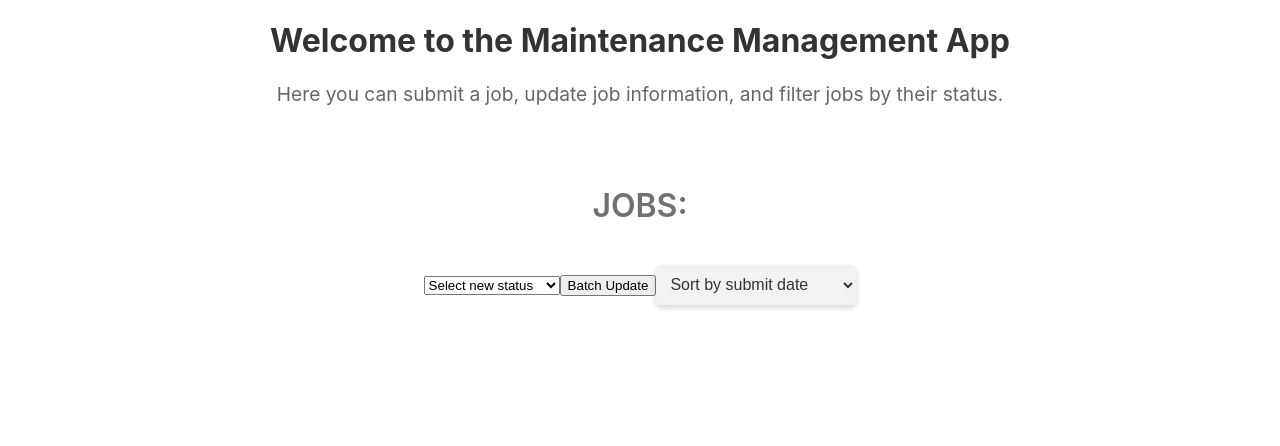
Repository: mikasteyn999/Maintenance-Manager-App
Page: /jobs (app in frontend/)
These files come from the project's save history. The page is drawn as it stood at one moment and after the next save; the edit follows.
The browser window is 1280 px wide. The pictures show the whole page.
The page's requests for data from a server got no answer. The project was rebuilt for these pictures with package versions that can differ from the ones it lists, and the page was loaded fresh each time. No one was signed in, and anything a server would have sent is missing. Also part of the build but not shown: frontend/src/style/JobForm.css, frontend/src/components/JobForm.js, frontend/src/style/Job.css, frontend/src/components/Job.js, frontend/src/components/Home.js, frontend/src/style/JobUpdateForm.css, frontend/src/components/JobUpdateForm.js.

Above is the page before, as saved 2023-06-01 12:34:29.

After the next save:
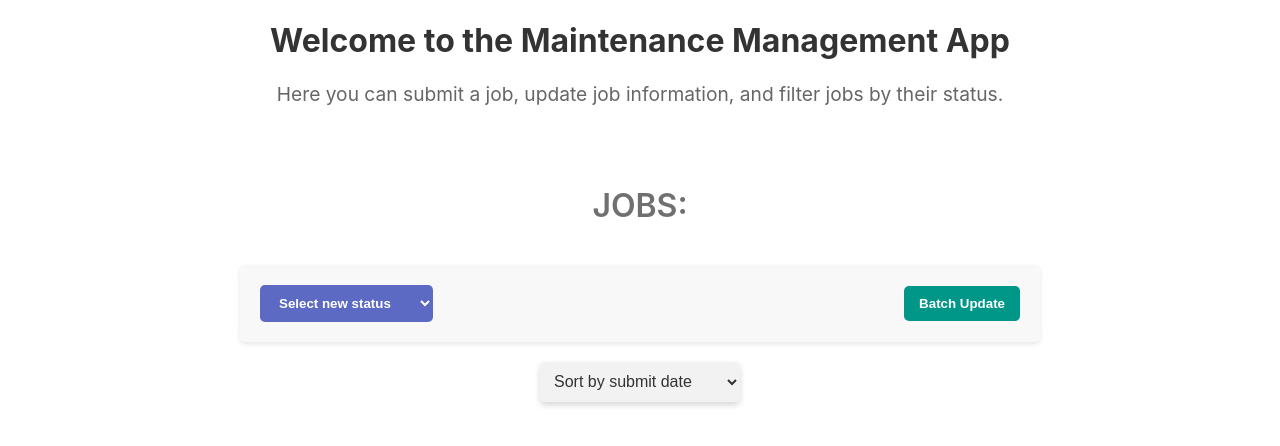
Saved 96 s later.
--- a/frontend/src/components/JobsList.js
+++ b/frontend/src/components/JobsList.js
@@ -61,14 +61,15 @@ const JobsList = () => {
       <div className='jobs-list'>
         <div className='jobs-header'>JOBS:</div>
         {/* Batch update */}
-        <select id="batchStatusUpdate" name="batchStatusUpdate">
-          <option value="">Select new status</option>
-          <option value="status1">Status: Submitted</option>
-          <option value="status2">Status: In Progress</option>
-          <option value="status2">Status: Completed</option>
-        </select>
-
-        <button onClick={handleBatchUpdate}>Batch Update</button>
+        <div className='batch-update'>
+          <select id="batchStatusUpdate" name="batchStatusUpdate">
+            <option value="">Select new status</option>
+            <option value="status1">Status: Submitted</option>
+            <option value="status2">Status: In Progress</option>
+            <option value="status2">Status: Completed</option>
+          </select>
+          <button onClick={handleBatchUpdate}>Batch Update</button>
+        </div>
 
         <select className='select-sort' value={sortOrder} onChange={handleSortChange}> {/* Add select element for sort order */}
           <option value="date">Sort by submit date</option>
